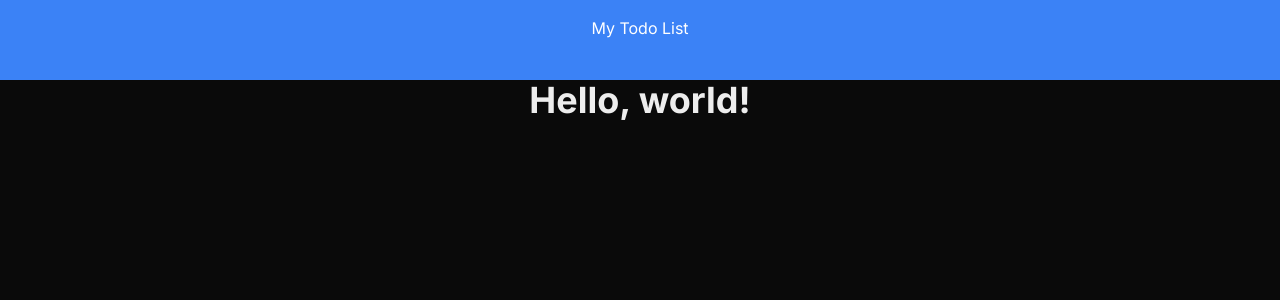
Repository: SergioAcostaTer/playas-canarias
Page: /
The author's editor kept a copy of each file at every save. The page is drawn from the files as they stood at one save, then again after the next save.
The browser window is 1280 px wide. The pictures show the whole page.
The project was rebuilt for these pictures with package versions that can differ from the ones it lists, and the page was loaded fresh each time. The framework's server and built-in components were replaced by stand-ins that run in the browser. Also part of the build but not shown: next.config.ts.

Above is the page before, as saved 2025-01-29 11:02:33.

### src/app/layout.tsx
import type { Metadata } from "next";
import { Inter } from "next/font/google";
import "./globals.css";

const inter = Inter({
  variable: "--font-inter",
  subsets: ["latin"],
});

export const metadata: Metadata = {
  title: "Playas Canarias - Mapa de Playas con Valoraciones y Servicios",
  description:
    "Descubre todas las playas de Canarias con nuestro mapa interactivo. Consulta valoraciones, accesibilidad y servicios en cada playa.",
  applicationName: "Playas Canarias",
  keywords: [
    "playas Canarias",
    "mapa de playas",
    "playas España",
    "mejores playas Canarias",
    "playas accesibles",
    "turismo en Canarias",
    "valoraciones playas",
    "playas con bandera azul",
    "surf en Canarias",
    "vacaciones en Canarias",
  ],
  authors: [{ name: "Playas Canarias", url: "https://playas.canarycode.es" }],
  openGraph: {
    title: "Playas Canarias - Encuentra Tu Playa Perfecta",
    description:
      "Explora todas las playas de Canarias con nuestro mapa interactivo. Consulta valoraciones, accesibilidad y servicios en cada playa.",
    url: "https://playas.canarycode.es",
    siteName: "Playas Canarias",
    images: [
      {
        url: "https://playas.canarycode.es/og-image.jpg",
        width: 1200,
        height: 630,
        alt: "Playas Canarias - Mapa Interactivo",
      },
    ],
    locale: "es_ES",
    type: "website",
  },
  twitter: {
    card: "summary_large_image",
    title: "Playas Canarias - Encuentra Tu Playa Perfecta",
    description:
      "Explora todas las playas de Canarias con nuestro mapa interactivo. Consulta valoraciones, accesibilidad y servicios en cada playa.",
    site: "@playascanarias",
    creator: "@playascanarias",
    images: ["https://playas.canarycode.es/og-image.jpg"],
  },
  icons: {
    icon: "/favicon.ico",
    apple: "/apple-touch-icon.png",
  },
  manifest: "/site.webmanifest",
  alternates: {
    canonical: "https://playas.canarycode.es",
  },
  robots: {
    index: true,
    follow: true,
  },
};

export default function RootLayout({
  children,
}: Readonly<{
  children: React.ReactNode;
}>) {
  return (
    <html lang="es">
      <body className={`${inter.className} font-inter antialiased`}>
        {children}
      </body>
    </html>
  );
}

### src/app/page.tsx
import { Header } from "@/components/Header";

export default function Home() {
  return (
    <div>
      <Header />
      <h1 className="text-4xl font-bold text-center">Hello, world!</h1>

    </div>
  );
}

### src/app/globals.css
@tailwind base;
@tailwind components;
@tailwind utilities;

:root {
  --background: #ffffff;
  --foreground: #171717;
  --primary: #f59e0b;
}

@media (prefers-color-scheme: light) {
  :root {
    --background: #0a0a0a;
    --foreground: #ededed;
  }
}

body {
  color: var(--foreground);
  background: var(--background);
  font-family: Arial, Helvetica, sans-serif;
}

### src/components/Header.tsx
const Header = () => {
  return (
    <header className="bg-blue-500 text-white text-center p-4 h-14 md:h-20">
      <h1>My Todo List</h1>
    </header>
  );
};

export { Header };

Loaded but not shown: tailwind.config.ts (common file)

After the next save:
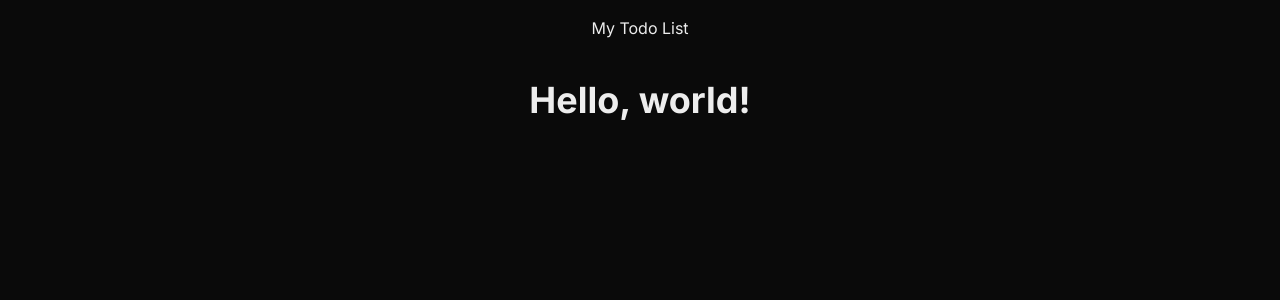
Saved 11 s later.
--- a/src/components/Header.tsx
+++ b/src/components/Header.tsx
@@ -1,6 +1,6 @@
 const Header = () => {
   return (
-    <header className="bg-blue-500 text-white text-center p-4 h-14 md:h-20">
+    <header className="text-center p-4 h-14 md:h-20">
       <h1>My Todo List</h1>
     </header>
   );
